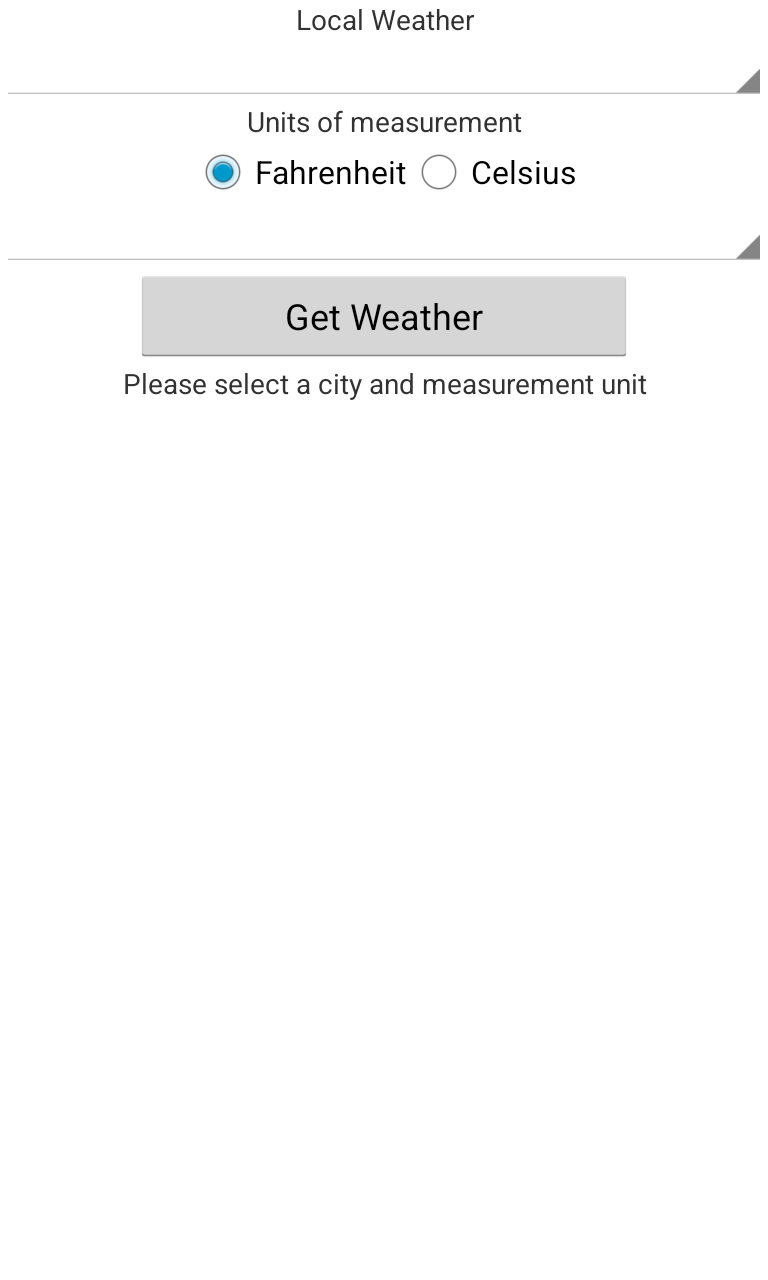
Repository: efreestone/Java1
Layout: Java1Project4/res/layout/activity_main.xml
An editor plug-in stored every save of this project. The layout is shown before and after the next save, followed by the edit.
It is drawn on a 768 x 1280 px phone screen (xhdpi) without system bars, with theme AppTheme; the app's code is not run.

Above is the layout before, as saved 2014-03-26 00:50:17.

After the next save:
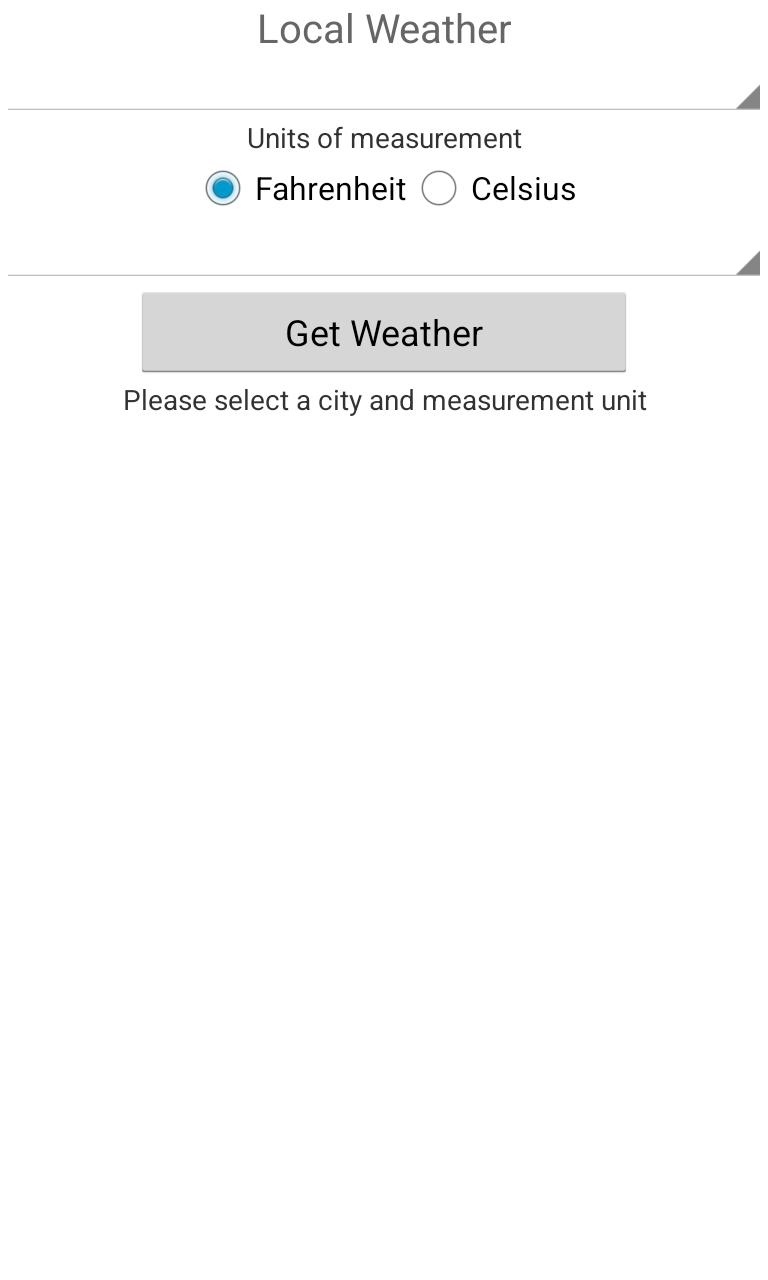
Saved 8 s later.
--- a/Java1Project4/res/layout/activity_main.xml
+++ b/Java1Project4/res/layout/activity_main.xml
@@ -15,7 +15,8 @@
             android:layout_width="match_parent"
             android:layout_height="wrap_content"
             android:gravity="center"
-            android:text="@string/titleString"/>
+            android:text="@string/titleString"
+            style="@style/labelStyle"/>
 
         <!-- City Spinner -->
         <Spinner
